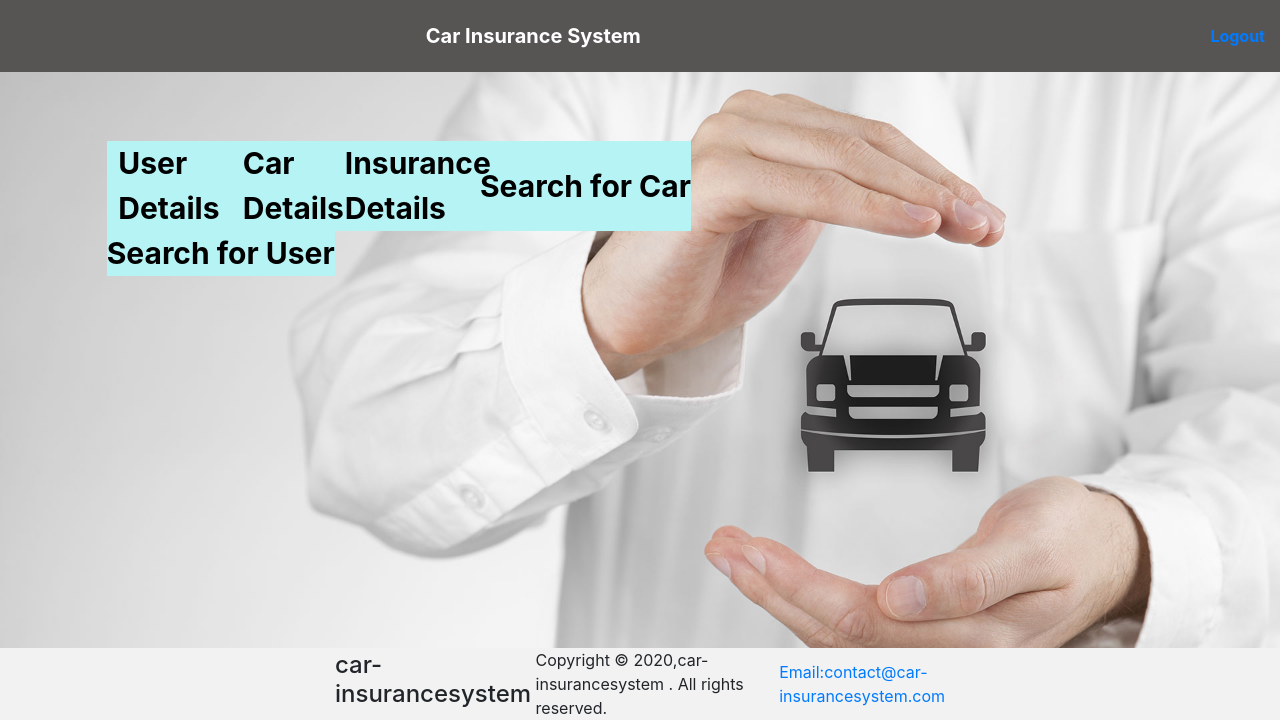
Repository: pdway/Adv-JAVA
Page: http://localhost/Car_insurance_system/home.jsp
The author's editor kept a copy of each file at every save. The page is drawn from the files as they stood at one save, then again after the next save.
The browser window is 1280 px wide. The pictures show the whole page.
The page is served by Tomcat 9. Other server files are loaded and not shown.

Above is the page before, as saved 2020-11-05 06:52:07.

### carinsys/Car_insurance_system/WebContent/home.jsp
<%@ taglib uri="http://www.springframework.org/tags/form" prefix="spr" %>

<%@ page language="java" contentType="text/html; charset=ISO-8859-1"
    pageEncoding="ISO-8859-1"%>
<!DOCTYPE html>
<html>
<head>
<meta charset="ISO-8859-1">

 <meta charset="UTF-8">
    <meta name="viewport" content="width=device-width, initial-scale=1.0">
    <title>Document</title>
    <!-- CSS only -->
    <link rel="stylesheet" href="https://stackpath.bootstrapcdn.com/bootstrap/4.5.2/css/bootstrap.min.css"
        integrity="sha384-JcKb8q3iqJ61gNV9KGb8thSsNjpSL0n8PARn9HuZOnIxN0hoP+VmmDGMN5t9UJ0Z" crossorigin="anonymous">

<title>Homepage</title>
</head>

<style>
    .img {
        background: url("img12.jpg");
        background-repeat: no-repeat;
        background-size: cover;
        background-position: center;
    }

    #image {
        height: 57px;
        width: 60px;
        margin-top: 1px;




    }

    td {
        padding-bottom: 15px;





    }
</style>

<body>

<div class="container-fluid">
        <div class="row" style="height: 100vh;">
            <div class="col">
                <div class="row"
                    style="height:10vh;color: white;text-align:center;font-weight:bold;background: rgb(87, 84, 84);">

                    <div class="col-10 d-flex justify-content-center align-items-center"
                        style="color: white;text-align:center;font-weight:bold;font-size:20px">
                        Car Insurance System

                    </div>
                     <div class="col-2 d-flex justify-content-end align-items-center">

                          <a href="logout.htm" >Logout</a>

                    </div>

                </div>
                <div class="row img" style="height: 80vh; ">
                    <div class="col-md-1 col-0">
                    </div>
                    <div class="col-md-7 ">
                        <div class="row" style="height: 12%;">

                        </div>
                        <div class="row">

                           <div class="col-md-2 d-flex justify-content-center align-items-center "
                                style="background:rgb(181, 243, 245) ;font-size:30px;font-weight: bold;">
                                <a style="color: black" href="userpage.jsp">User Details</a>

                            </div>

                            <div class="col-md-2 d-flex justify-content-center align-items-center "
                                style="background:rgb(181, 243, 245) ;font-size:30px;font-weight: bold;">
                                <a style="color: black" href="carpage.jsp" >Car Details</a>

                            </div>

                            <div class="col-md-2 d-flex justify-content-center align-items-center "
                                style="background:rgb(181, 243, 245) ;font-size:30px;font-weight: bold;">
                                <a style="color: black" href="inspage.jsp" >Insurance Details</a>

                            </div>

                            <div class="col-md-2.5 d-flex justify-content-center align-items-center "
                                style="background:rgb(181, 243, 245) ;font-size:30px;font-weight: bold;">
                                <a style="color: black" href="prep_search_car.htm" >Search for Car</a>

                            </div>

                            <div class="col-md-2.5 d-flex justify-content-center align-items-center "
                                style="background:rgb(181, 243, 245) ;font-size:30px;font-weight: bold;">
                                <a style="color: black" href="prep_search_user.htm" >Search for User</a>

                            </div>

                        </div>
                    </div>

                    <div class="col-3">

                    </div>


                </div>
                <footer class="row" style="height:10vh;background-color:rgb(242,242,242)">

                    <div class="col-3"></div>
                    <div class="col-12 col-md-6" style="justify-content: center;display: flex;align-items: center">
                        <h4>car-insurancesystem</h4>&nbsp;
                        <div> Copyright © 2020,car-insurancesystem . All rights reserved.</div>&nbsp;


                        <a href="https://www.carinsurancesystem.com//">Email:contact@car-insurancesystem.com </a>

                    </div>
                    <div class="col-3"></div>

                </footer>





            </div>


        </div>

    </div>

</body>

<!--
<table align="center" >


		<tr>
			<td> <a href="userpage.jsp" >User Details</a> </td>
		</tr>
		<tr>
			<td> <a href="carpage.jsp" >Car Details</a> </td>
		</tr>
		<tr>
			<td> <a href="inspage.jsp" >Insurance Details</a> </td>
		</tr>

		<tr>
			<td> <a href="prep_search_car.htm" >search for car</a> </td>
		</tr>

		<tr>
			<td> <a href="prep_search_user.htm" >search for user</a> </td>
		</tr>




		<tr>
			<td> <a href="logout.htm" >Logout</a> </td>
		</tr>
	</table>
 -->

</html>

After the next save:
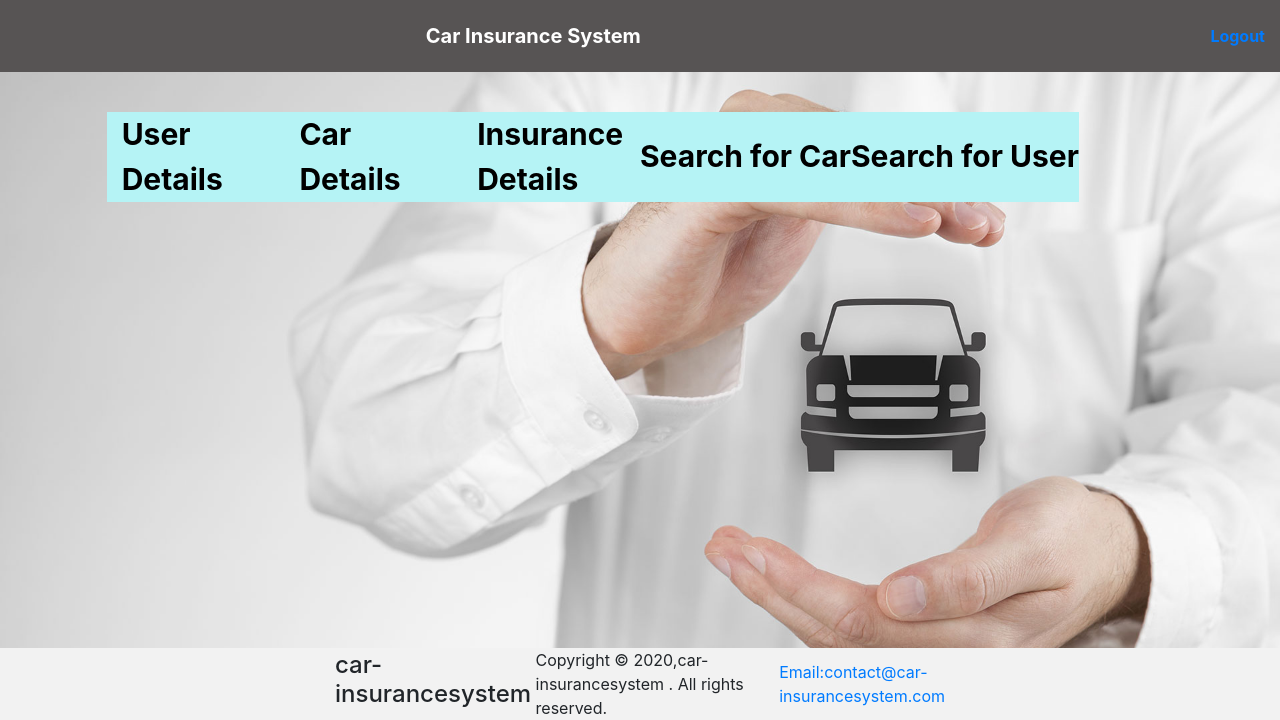
Saved 6 min 16 s later.
--- a/carinsys/Car_insurance_system/WebContent/home.jsp
+++ b/carinsys/Car_insurance_system/WebContent/home.jsp
@@ -68,7 +68,7 @@
                 <div class="row img" style="height: 80vh; ">
                     <div class="col-md-1 col-0">
                     </div>
-                    <div class="col-md-7 ">
+                    <div class="col-md-10 ">
                         <div class="row" style="height: 12%;">
 
                         </div>
